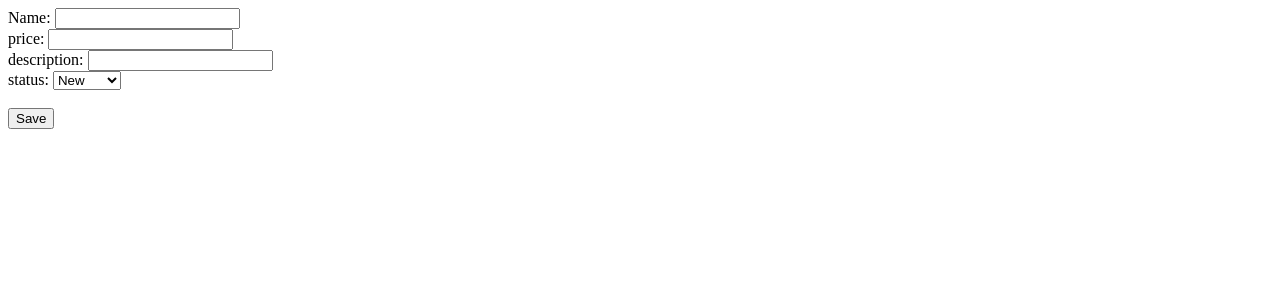
Repository: nguyenpr9/test1
Page: http://localhost/product-create.php
An editor plug-in stored every save of this project. The page is shown before and after the next save, followed by the edit.
The browser window is 1280 px wide. The pictures show the whole page.
The page is run by PHP 8.4 with error messages shown; the project is at /var/www/html/.

Above is the page before, as saved 2023-09-07 17:56:30.

After the next save:
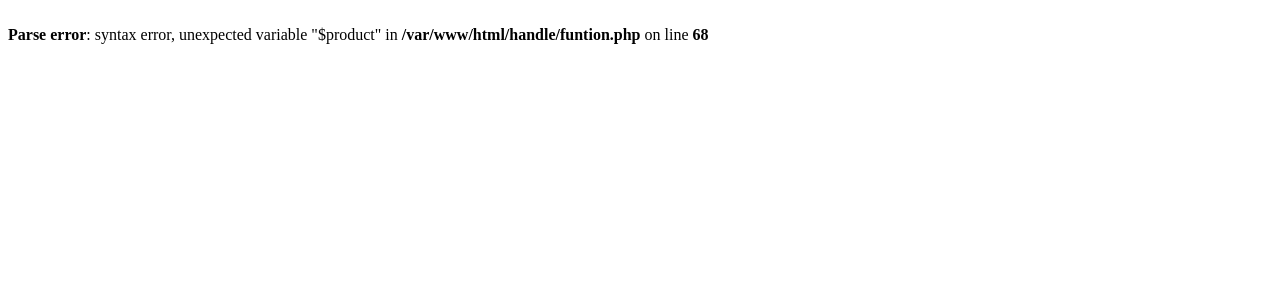
Saved 3 min 54 s later.
--- a/handle/funtion.php
+++ b/handle/funtion.php
@@ -34,6 +34,19 @@ function checkUser($users, $email, $password) {
 
 }
 
+function getLastId($items) {
+    $lastId = 0;
+    foreach ($items as $item) {
+        $id = (int)$item['id'];
+        if ($id > $lastid) {
+            $lastid = $id;
+        }
+    }
+
+    return $lastId;
+}
+
+
 function createUser($filePath,$name, $email, $password){
         // chuyen doi du lieu tu json -> array
         $users = readFileToData($filePath);
@@ -50,6 +63,7 @@ function createUser($filePath,$name, $email, $password){
 function createProduct($filePath, $name, $price, $description, $status){
         // chuyen doi du lieu tu json -> array
         $users = readFileToData($filePath);
+        $lastUser = $users
 
         $product = [
             "name" => $name,
